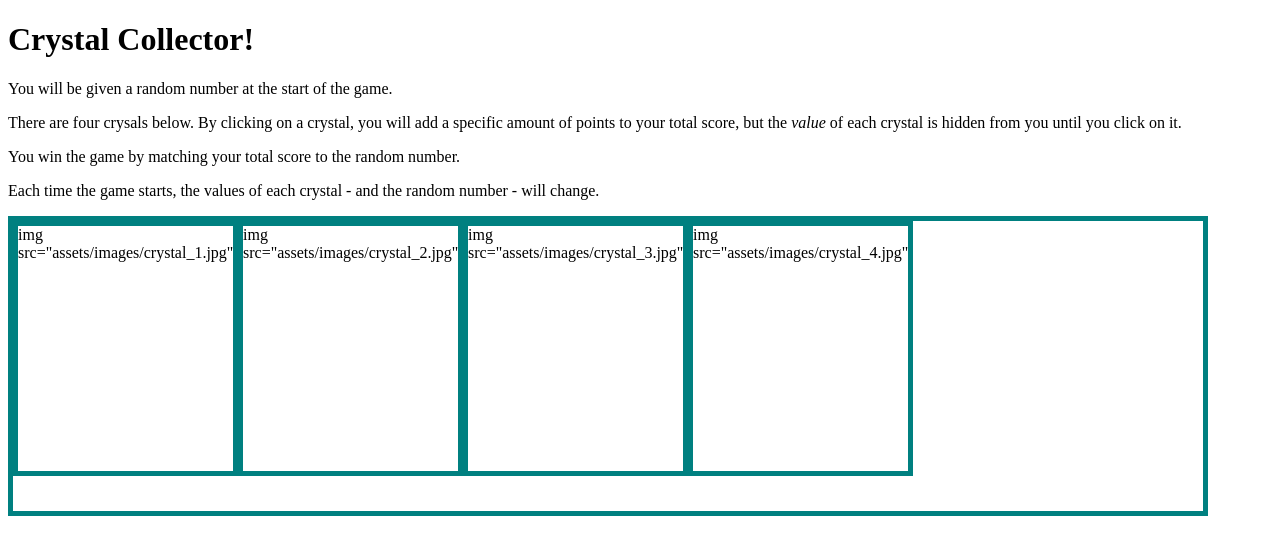
Repository: dsaftler/unit-4-game
Page: index.html
The author's editor kept a copy of each file at every save. The page is drawn from the files as they stood at one save, then again after the next save.
The browser window is 1280 px wide. The pictures show the whole page.

Above is the page before, as saved 2019-04-01 18:05:48.

### index.html
<!DOCTYPE html>
<html lang="en">
<head>
  <meta charset="UTF-8">
  <meta name="viewport" content="width=device-width, initial-scale=1.0">
  <meta http-equiv="X-UA-Compatible" content="ie=edge">
  <link rel="stylesheet" href="assets/css/reset.css">
  <link rel="stylesheet" href="assets/css/style.css">
  <script src="https://ajax.googleapis.com/ajax/libs/jquery/3.3.1/jquery.min.js"></script>


  <title>Puzzle Crystal Collector</title>
</head>
<body>
<h1>Crystal Collector!</h1>
<p>You will be given a random number at the start of the game.</p>
<p>There are four crysals below.  By clicking on a crystal, you will add a specific amount of points to your total score, but the <em>value</em> of each crystal is hidden from you until you click on it.</p>
<p>You win the game by matching your total score to the random number.</p>
<p>Each time the game starts, the values of each crystal - and the random number - will change.</p>

<div class="crystal-set">
  <div class="crystal" id="crystal_1">img src="assets/images/crystal_1.jpg"</div>
  <div class="crystal" id="crystal_2">img src="assets/images/crystal_2.jpg"</div>
  <div class="crystal" id="crystal_3">img src="assets/images/crystal_3.jpg"</div>
  <div class="crystal" id="crystal_4">img src="assets/images/crystal_4.jpg"</div>
</div>


</body>
</html>

### assets/css/style.css
* {
  box-sizing: border-box;
}
.body {
background-image: url("assets\images\congruent_pentagon.png")
}
.container{
  background-color: "green"

}
.crystal-set{
  background-color: #ffffff;
  height: 300px;
  width: 1200px;
  border:teal, 5px, solid;

}
.crystal{
  float: left;
  height: 255px;
  width: 225px;
  border: teal, 5px, solid;

}

Loaded but not shown: assets/css/reset.css (no stored copy; drawn as an empty file)

After the next save:
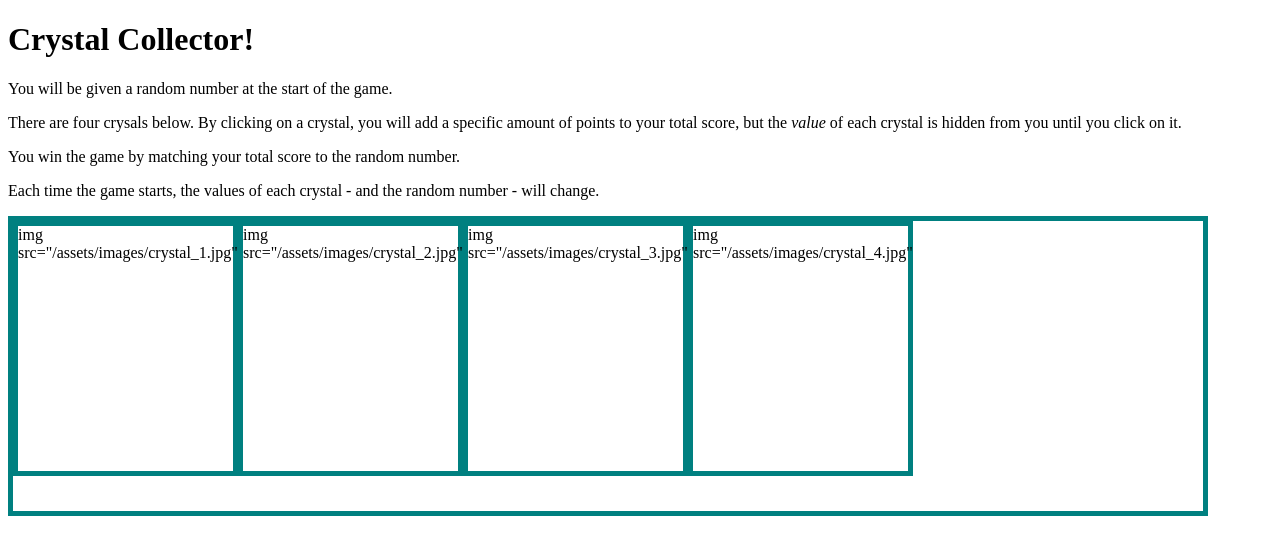
Saved 110 s later.
--- a/index.html
+++ b/index.html
@@ -19,10 +19,10 @@
 <p>Each time the game starts, the values of each crystal - and the random number - will change.</p>
 
 <div class="crystal-set">
-  <div class="crystal" id="crystal_1">img src="assets/images/crystal_1.jpg"</div>
-  <div class="crystal" id="crystal_2">img src="assets/images/crystal_2.jpg"</div>
-  <div class="crystal" id="crystal_3">img src="assets/images/crystal_3.jpg"</div>
-  <div class="crystal" id="crystal_4">img src="assets/images/crystal_4.jpg"</div>
+  <div class="crystal" id="crystal_1">img src="/assets/images/crystal_1.jpg"</div>
+  <div class="crystal" id="crystal_2">img src="/assets/images/crystal_2.jpg"</div>
+  <div class="crystal" id="crystal_3">img src="/assets/images/crystal_3.jpg"</div>
+  <div class="crystal" id="crystal_4">img src="/assets/images/crystal_4.jpg"</div>
 </div>
 
 
